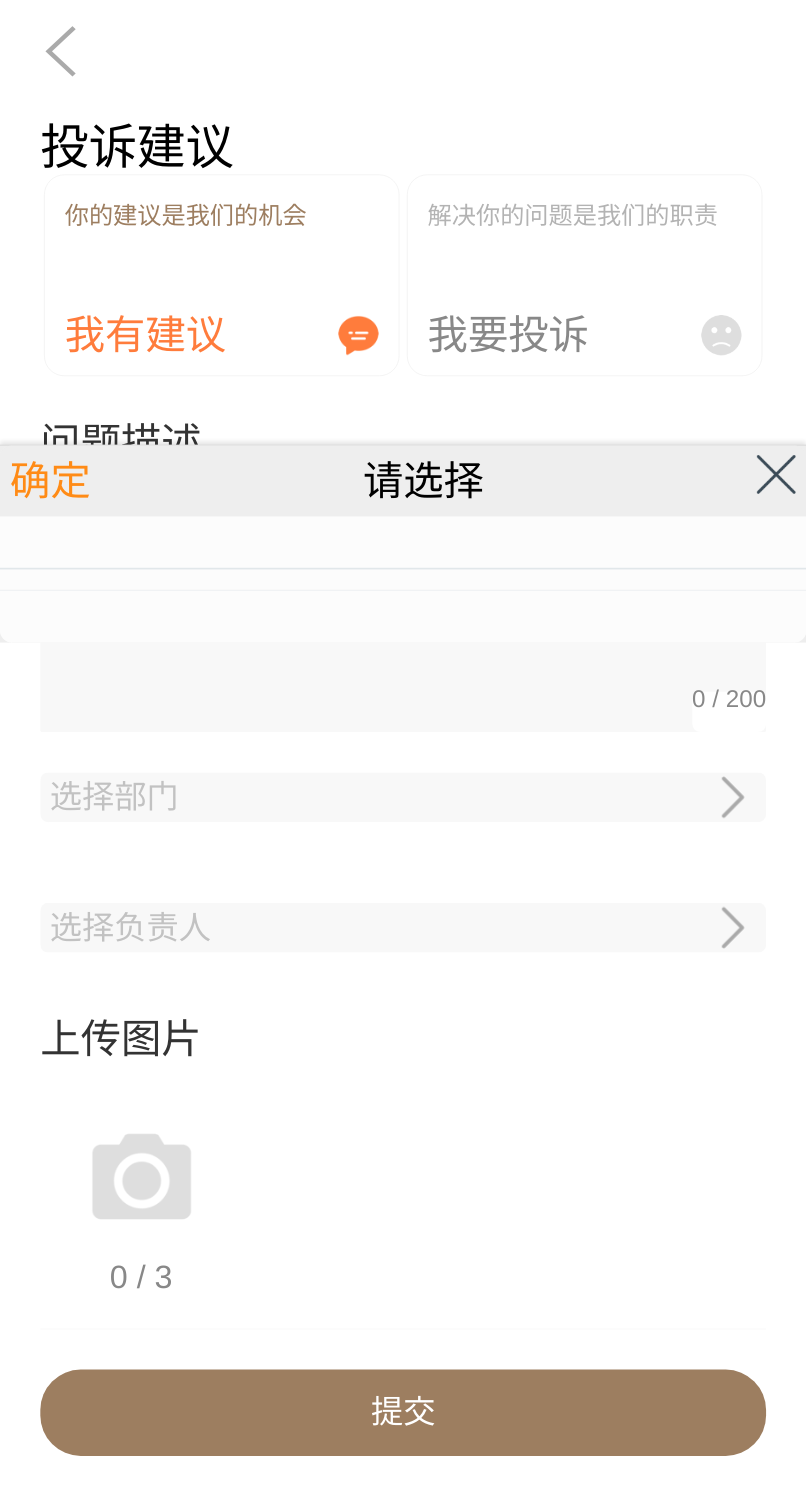
Repository: missing-star/rockBridge
Page: complaint.html
An editor plug-in stored every save of this project. The page is shown before and after a run of saves, followed by the edit.
The browser window is 1280 px wide. The pictures show the whole page, at 63% of full size.
The page's requests for data from a server got no answer.

Above is the page before, as saved 2019-04-19 12:03:41.
Console error: TypeError: Cannot read properties of undefined (reading 'map')

### complaint.html
<!DOCTYPE html>
<html lang="en">

<head>
    <meta charset="UTF-8">
    <meta name="viewport" content="width=device-width, initial-scale=1.0, user-scalable=no,maximum-scale=1.0">
    <meta http-equiv="X-UA-Compatible" content="ie=edge">
    <meta http-equiv="Expires" content="0">
    <meta http-equiv="Pragma" content="no-cache">
    <meta http-equiv="Cache-control" content="no-cache">
    <meta http-equiv="Cache" content="no-cache">
    <link rel="stylesheet" href="assets/mui/css/mui.min.css?v=1.1.0">
    <link rel="stylesheet" href="assets/mui/picker/css/mui.picker.min.css?v=1.1.0">
    <link rel="stylesheet" href="css/common.css?v=1.1.0">
    <link rel="stylesheet" href="css/complaint.css?v=1.1.0">
    <title>叠石桥</title>
    <!--
        意见投诉
    -->
</head>

<body>
    <div id="app">
        <header class="mui-bar mui-bar-nav">
            <i onclick="goBack()" class="mui-icon mui-icon-arrowleft"></i>
        </header>
        <div class="mui-content">
            <header class="packet-title">
                <p>投诉建议</p>
            </header>
            <!--大分类-->
            <div class="classify">
                <div data-type="proposal" class="classify-item active">
                    <p class="title">你的建议是我们的机会</p>
                    <div class="bottom-icon">
                        <span class="title">我有建议</span>
                        <img v-show="currentTab == 'proposal'" class="classify-icon" src="imgs/proposal-active.png" alt="">
                        <img v-show="currentTab == 'complaint'" class="classify-icon" src="imgs/proposal.png" alt="">
                    </div>
                </div>
                <div data-type="complaint" class="classify-item">
                    <p class="title">解决你的问题是我们的职责</p>
                    <div class="bottom-icon">
                        <span class="title">我要投诉</span>
                        <img v-show="currentTab == 'proposal'" class="classify-icon" src="imgs/complaint.png" alt="">
                        <img v-show="currentTab == 'complaint'" class="classify-icon" src="imgs/complaint-active.png"
                            alt="">
                    </div>
                </div>
            </div>
            <p class="title-ques">问题描述</p>
            <div class="question-desc">
                <textarea placeholder="输入您的描述" @input="limitLength" v-model="inputContent" name="" id="" cols="30" rows="10"></textarea>
                <span v-cloak class="amount">{{inputContent.length}} / 200</span>
            </div>
            <!-- <input v-model="selectedNumber" id="number-btn" readonly type="text" class="number-value arrow-right"> -->
            <div class="question-desc">
                <input placeholder="选择部门" id="choose-section" readonly type="text" class="number-value arrow-right">
            </div>
            <div class="question-desc">
                <input placeholder="选择负责人" id="choose-section-leader" readonly type="text" class="number-value arrow-right">
            </div>
            <p class="title-upload">上传图片</p>
            <div class="repair-item upload">
                <div v-for="(item,index) in uploadedImgs" class="upload-item">
                    <img :src="item.src" alt="" class="upload-img-item">
                    <span @click="deleteImg(index)" class="delete-icon">
                    </span>
                </div>
                <div :class="{active:uploadedImgs.length < 3}" class="upload-item upload">
                    <div @click="uploadImg($event)" class="mask-click">
                        <input class="upload-input" hidden type="file" accept="image/*">
                    </div>
                    <img src="imgs/camera.png" alt="" class="camera">
                    <span v-cloak class="imgs-num">{{uploadedImgs.length}} / 3</span>
                </div>
            </div>
            <button @click="submitComplain" class="button-apply">
                提交
            </button>
        </div>
    </div>
    <script src="assets/vue/vue.min.js?v=1.0.2"></script>
    <script src="assets/jquery/jquery.min.js?v=1.0.2"></script>
    <script src="assets/mui/js/mui.min.js?v=1.0.2"></script>
    <script src="assets/mui/picker/js/mui.picker.js?v=1.0.2"></script>
    <script src="assets/mui/picker/js/mui.poppicker.js?v=1.0.2"></script>
    <script src="js/common.js?v=1.0.7.1"></script>
    <script src="js/complaint.js?v=1.0.3"></script>
</body>

</html>

### css/common.css
html,
body,
.mui-content {
    font-size: calc(100vw / 20);
    background: #ffffff;
}
*{
    word-break: break-all;
}
div.mui-content {
    padding: 1rem;
}

header.mui-bar.mui-bar-nav {
    background: #ffffff;
    -webkit-box-shadow: none;
            box-shadow: none;
}

nav.mui-bar.mui-bar-tab {
    background: #ffffff;
    -webkit-box-shadow: 0 0 6px 0 rgba(0, 0, 0, 0.15);
            box-shadow: 0 0 6px 0 rgba(0, 0, 0, 0.15);
}

nva.mui-bar-tab span.mui-tab-label {
    color: #9d7e60;
}

.mui-bar-tab .mui-tab-item.mui-active {
    color: #5f4831;
}

img.mui-icon.nav-bar-icon.active {
    display: inline;
}

img.mui-icon.nav-bar-icon {
    display: none;
}

p {
    margin: 0;
}

input[type=color],
input[type=date],
input[type=datetime-local],
input[type=datetime],
input[type=email],
input[type=month],
input[type=number],
input[type=password],
input[type=search],
input[type=tel],
input[type=text],
input[type=time],
input[type=url],
input[type=week],
select,
textarea {
    margin-bottom: 0;
    width: auto;
    height: auto;
    border: none;
    -webkit-box-flex: 1;
        -ms-flex: 1;
            flex: 1;
    font-size: 0.8rem;
}

input::-webkit-input-placeholder {
    color: #c2c2c2;
}

nav.mui-bar.mui-bar-tab a.mui-tab-item {
    -ms-touch-action: none;
        touch-action: none;
    height: 100%;
}

nav.mui-bar.mui-bar-tab {
    height: 3rem;
}

.mui-bar-tab .mui-tab-item .mui-icon {
    top: 3px;
    width: 1.2rem;
    height: 1.2rem;
    padding-top: 0;
    padding-bottom: 0;
    margin-bottom: 0.1rem;
}

.mui-bar-tab .mui-tab-item .mui-icon~.mui-tab-label {
    font-size: 0.5rem;
    line-height: 1rem;
}

.mui-bar-tab~.mui-content {
    padding-top: 2.5rem;
    padding-bottom: 3rem;
}

button.submit {
    background: #9d7e60;
    width: 100%;
    border: none;
    border-radius: 1rem;
    font-size: 1rem;
    line-height: 1rem;
    color: #fff;
    margin-top: 1rem;
    height: 2rem;
}

button.mui-btn.mui-btn-blue.mui-poppicker-btn-ok,
button.mui-btn.mui-btn-blue {
    color: #ff8b16;
    background: transparent;
    border: none;
    font-size: 1rem;
}

.mui-poppicker-header,
.mui-dtpicker-header {
    border-radius: 0.3rem 0.3rem 0 0;
}

button.mui-btn.mui-poppicker-btn-cancel,
.mui-dtpicker-header button {
    color: #aaaaaa;
    border: none;
    background: transparent;
    font-size: 1rem;
}

button.mui-btn.mui-poppicker-btn-cancel>img,
.mui-dtpicker-header button>img {
    width: 1rem;
}

.mui-picker-inner,
.mui-picker {
    background: #fcfcfc;
    -webkit-mask-box-image: none;
    border-radius: 0 0 0.3rem 0.3rem;
}

.mui-poppicker-body {
    border: none;
    border-radius: 0 0 0.3rem 0.3rem;
}

button.mui-btn {
    color: #aaaaaa;
    border-color: #aaaaaa;
}

.mui-dtpicker-header {
    background: #ffffff;
}

.mui-dtpicker-title h5 {
    display: none;
}

span.mui-popup-button.mui-popup-button-bold {
    color: #FF8B16;
}

span.mui-popup-button {
    color: #aaaaaa;
}

[v-cloak] {
    display: none !important;
}

.mui-poppicker.mui-active,
.mui-dtpicker.mui-active {
    margin: 0.5rem;
    width: calc(100% - 1rem);
    border-radius: 0.3rem;
}

.popicker-title,
.dt-popicker-title {
    -webkit-box-flex: 1;
        -ms-flex: 1;
            flex: 1;
    text-align: center;
    font-size: 1rem;
    color: #000000;
}

.mui-poppicker-header,
.mui-dtpicker-header {
    display: -webkit-box;
    display: -ms-flexbox;
    display: flex;
    -webkit-box-align: center;
        -ms-flex-align: center;
            align-items: center;
    -webkit-box-pack: justify;
        -ms-flex-pack: justify;
            justify-content: space-between;
    background: #eeeeee;
}

.mui-pciker-list li {
    color: #b19c88;
}

.mui-pciker-list li.highlight {
    color: #5f4831;
}

.mui-pciker-rule-ft {
    z-index: 2;
    border-top: solid 1px #ced7de;
    border-bottom: solid 1px #ced7de;
}


input::-webkit-outer-spin-button,
input::-webkit-inner-spin-button {

    -webkit-appearance: none !important;
}

input[type="number"] {
    -moz-appearance: textfield;
}

### css/complaint.css
header.mui-bar.mui-bar-nav {
    height: 2.5rem;
    padding: 0 1rem;
    display: -webkit-box;
    display: -ms-flexbox;
    display: flex;
    -webkit-box-align: center;
        -ms-flex-align: center;
            align-items: center;
}

.mui-bar-nav~.mui-content {
    padding-top: 2.5rem;
}

header.packet-title {
    display: -webkit-box;
    display: -ms-flexbox;
    display: flex;
    -webkit-box-align: center;
        -ms-flex-align: center;
            align-items: center;
    -webkit-box-pack: justify;
        -ms-flex-pack: justify;
            justify-content: space-between;
    margin-top: 1rem;
}

header.packet-title>p:first-child {
    color: #000000;
    font-size: 1.2rem;
}

.mui-bar-nav.mui-bar .mui-icon {
    margin-left: -0.5rem;
    padding: 0;
    font-size: 2rem;
    color: #AAAAAA;
}
button.button-apply {
    width: 100%;
    background:#9D7E60;
    border: none;
    border-radius: 1rem;
    padding: 0.5rem;
    font-size: 0.8rem;
    color: #fff;
    margin-top: 1rem;
}
button.submit-repair.submit-repair{
    background: #9d7e60;
}
.classify {
    margin-top: 1rem;
    display: -webkit-box;
    display: -ms-flexbox;
    display: flex;
    -webkit-box-align: center;
        -ms-flex-align: center;
            align-items: center;
    -ms-flex-pack: distribute;
        justify-content: space-around;
    height: 4rem;
    margin-bottom: 1rem;
}
.classify-item span.title {
    color: #888888;
    font-size: 1rem;
    line-height: 1rem;
}
.classify-item.active span.title{
    color: #ff7c3c;
}
.ques-item span.checkbox {
    border-radius: 0.1rem;
    background-color:#dedede;
    background-image: url(../imgs/checked.png);
    background-repeat: no-repeat;
    background-size: 0.8rem;
    background-position: center center;
    width: 1rem;
    height: 1rem;
    display: block;
    margin-right: 0.8rem;
}
.classify-item {
    position: relative;
    display: -webkit-box;
    display: -ms-flexbox;
    display: flex;
    -webkit-box-orient: vertical;
    -webkit-box-direction: normal;
        -ms-flex-direction: column;
            flex-direction: column;
    -webkit-box-pack: justify;
        -ms-flex-pack: justify;
            justify-content: space-between;
    position: relative;
    border: 1px solid rgba(237,237,237,1);
    border-radius: 0.5rem;
    width: 49%;
    height: 5rem;

}
.ques-item.active span.checkbox {
    background-color: #ff7c3c;
}
.ques-item.active p{
    color: #ff7c3c;
}
.mask-click,.mask-click-sub {
    position: absolute;
    left: 0;
    top: 0;
    width: 100%;
    height: 100%;
    background: transparent;
}
.ques-classify {
    display: none;
}
.ques-classify.active{
    display: -webkit-box;
    display: -ms-flexbox;
    display: flex;
}
.classify.sub>.classify-item {
    margin-bottom: 1.5rem;
}
p.classify-title,p.title-upload,p.title-ques {
    color: #333;
    font-size: 1rem;
    padding: 1rem 0;
}
.question-desc {
    position: relative;
}
p.title {
    border-bottom: 1px solid #f6f6f6;
    padding: 0.5rem;
    font-size: 0.8rem;
    line-height: 1rem;
    color: #333333;
}
textarea {
    width: 100%;
    height: 6rem;
}
textarea {
    width: 100%;
    height: 6rem;
    font-size: 0.8rem;
    line-height: 1.2rem;
    padding: 0.5rem;
    color: #888888;
    background: #F8F8F8;
    padding-bottom: 1rem;
}
textarea::-webkit-scrollbar{
    width: 0;
    height: 0;
}
span.amount {
    display: block;
    text-align: right;
    color: #888888;
    font-size: 0.6rem;
    position: absolute;
    bottom: 0;
    right: 0;
    background: #ffffff;
    height: 1rem;
    border-radius: 0.2rem;
}
.upload-container {
    position: relative;
    background: url(../imgs/camera.png) no-repeat;
    width: 20vw;
    height: 20vw;
    background-size: 80%;
    background-position: center;
}
.mask-upload {
    position: absolute;
    background: transparent;
    width: 100%;
    height: 100%;
}
img.upload-img {
    width: 100%;
    height: 100%;
}
.upload-container.no-bg {
    background: none;
}
img.classify-icon {
    width: 1rem;
}

.classify-item>p.title{
    font-size: 0.6rem;
    line-height: 1rem;
    color: #b3b3b3;
    border: none;
    white-space: nowrap;
    overflow: hidden;
    text-overflow: ellipsis;
}
.classify-item.active>p.title {
    color: #9D7E60;
}
.bottom-icon {
    display: -webkit-box;
    display: -ms-flexbox;
    display: flex;
    -webkit-box-align: center;
        -ms-flex-align: center;
            align-items: center;
    -webkit-box-pack: justify;
        -ms-flex-pack: justify;
            justify-content: space-between;
    padding: 0.5rem;
    font-size: 1rem;
}
ul.ques-classify.active {
    margin: 0;
    list-style: none;
    padding: 0 1rem;
    display: -webkit-box;
    display: -ms-flexbox;
    display: flex;
    -webkit-box-align: center;
        -ms-flex-align: center;
            align-items: center;
    -webkit-box-pack: justify;
        -ms-flex-pack: justify;
            justify-content: space-between;
    -ms-flex-wrap: wrap;
        flex-wrap: wrap;
}
li.ques-item {
    display: -webkit-box;
    display: -ms-flexbox;
    display: flex;
    -webkit-box-align: center;
        -ms-flex-align: center;
            align-items: center;
    width: 50%;
    margin-bottom: 1.5rem;
}
div.repair-item {
    border-bottom: 1px solid #f6f6f6;
    padding: 0.5rem 0;
    display: -webkit-box;
    display: -ms-flexbox;
    display: flex;
    -webkit-box-align: center;
        -ms-flex-align: center;
            align-items: center;
}
.upload-item.upload.active {
    display: -webkit-box;
    display: -ms-flexbox;
    display: flex;
}
.upload-item.upload {
    display: none;
}
.upload-item {
    position: relative;
    width: 25vw;
    height: 25vw;
    display: -webkit-box;
    display: -ms-flexbox;
    display: flex;
    -webkit-box-align: center;
        -ms-flex-align: center;
            align-items: center;
    -webkit-box-orient: vertical;
    -webkit-box-direction: normal;
        -ms-flex-direction: column;
            flex-direction: column;
    -ms-flex-pack: distribute;
        justify-content: space-around;
    margin-right: 5vw;
}
.mask-click {
    position: absolute;
    width: 100%;
    height: 100%;
    background: transparent;
    z-index: 1;
}
img.camera {
    width: 50%;
}
span.imgs-num {
    font-size: 0.8rem;
    color: #888888;
}
.upload-img-item {
    width: 100%;
    height: 100%;
}
span.delete-icon {
    background-color: #f52d1e;
    display: block;
    width: 1rem;
    height: 1rem;
    position: absolute;
    right: -0.5rem;
    top: -0.5rem;
    border-radius: 50%;
    background-image: url(../imgs/delete-icon.png);
    background-repeat: no-repeat;
    background-size: 0.5rem;
    background-position: center;
}
input#choose-section,input#choose-section-leader {
    background: #F8F8F8;
    border-radius: 0.2rem;
    width: 100%;
    background-image: url(../imgs/arrow-right.png);
    background-repeat: no-repeat;
    background-size: 0.6rem;
    background-position: 97%;
    margin: 1rem 0;
}

### js/complaint.js
var vm = new Vue({
    el: '#app',
    data: {
        inputContent: '',
        uploadedImgs: [],
        currentTab: 'proposal',
        type: 1
    },
    methods: {
        limitLength() {
            this.inputContent = this.inputContent.substring(0, 200);
        },
        uploadImg(event) {
            $(event.target).find('input').click();
        },
        deleteImg(index) {
            this.uploadedImgs.splice(index, 1);
        },
        submitComplain() {
            var imgs = this.uploadedImgs.map(function (item) {
                return item.realPath;
            });
            $.ajax({
                url: `${rootUrl}/index/api/getComplain`,
                type: 'post',
                data: {
                    type: vm.type,
                    content: vm.inputContent,
                    images: imgs.join(',')
                },
                dataType: 'json',
                success: function (data) {
                    mui.toast(data.msg);
                    if (data.status == 1) {
                        setTimeout(function () {
                            history.go(-1);
                        }, 200);
                    } else if (data.status == 202) {
                        goLogin();
                    }
                    vm.commentsInfo = data.result;
                },
                error: function () {
                    mui.toast('服务器异常');
                }
            })
        }
    }
});

$(function () {
    //大分类点击
    $("div.classify-item").click(function () {
        if (!$(this).hasClass('active')) {
            vm.currentTab = $(this).attr('data-type');
            $(this).addClass('active');
            $(this).siblings().removeClass('active');
            vm.type = vm.currentTab == 'proposal' ? 1 : 2;
        }
    });

    //监听图片上传
    $('input.upload-input').change(function () {

        var filePath = $(this).val(); //读取图片路径

        var fr = new FileReader(); //创建new FileReader()对象
        var imgObj = this.files[0]; //获取图片

        fr.readAsDataURL(imgObj); //将图片读取为DataURL


        var arr = filePath.split('\\');
        var fileName = arr[arr.length - 1];
        fr.onload = function () {
            uploadImgRealPath(imgObj, this.result);
            //置空文件上传框的值
            $('input.upload-input').val("");
        };
    });
});

//上传图片到后台
function uploadImgRealPath(fileObj, src) {
    var formData = new FormData();
    formData.append('image', fileObj);
    $.ajax({
        url: 'http://dieshiqiao.pzhkj.cn/index/Uploadify/api_imgUp',
        type: 'post',
        dataType: 'json',
        contentType: false,
        processData: false,
        data: formData,
        success: function (data) {
            mui.toast(data.msg);
            if (data.status == 1) {
                //设置文件路径为服务器路径
                vm.uploadedImgs.push({
                    src: src,
                    realPath: data.result
                });
            } else if (data.status == 202) {
                goLogin();
            }
        },
        error: function () {
            mui.toast('服务器异常!');
        }
    })
}


function initPicker(elemId,title) {
    var numberPicker = new mui.PopPicker({
        title: title
    });
    var data = getSectionList().map(function (item) {
        return {
            value: province.id,
            text: province.cate_name
        }
    });
    numberPicker.setData(data);
    var eventBtn = doc.getElementById(elemId);
    eventBtn.addEventListener('tap', function (event) {
        numberPicker.show(function (items) {
            if (!items[2].value) {
                mui.toast('无效地址!');
                return false;
            }
            vm.selectedId = items[2].value;
            vm.selectedNumber = items[0].text + items[1].text + items[2].text;
            getNotActivdShops(vm.selectedId);
        });
    }, false);
}
/**
 * 获得部门列表
 */
function getSectionList() {
    $.ajax({
        url:`${rootUrl}/index/api/getComplainRole`,
        type:'post',
        dataType:'json',
        success:function(data) {

        }
    })
}

initPicker('')

Loaded but not shown: assets/mui/css/mui.min.css (library); assets/mui/picker/css/mui.picker.min.css (library); assets/vue/vue.min.js (library); assets/jquery/jquery.min.js (library); assets/mui/js/mui.min.js (library); assets/mui/picker/js/mui.picker.js (389 lines, source omitted); assets/mui/picker/js/mui.poppicker.js (163 lines, source omitted); js/common.js (200 lines, source omitted)

After the next 5 saves:
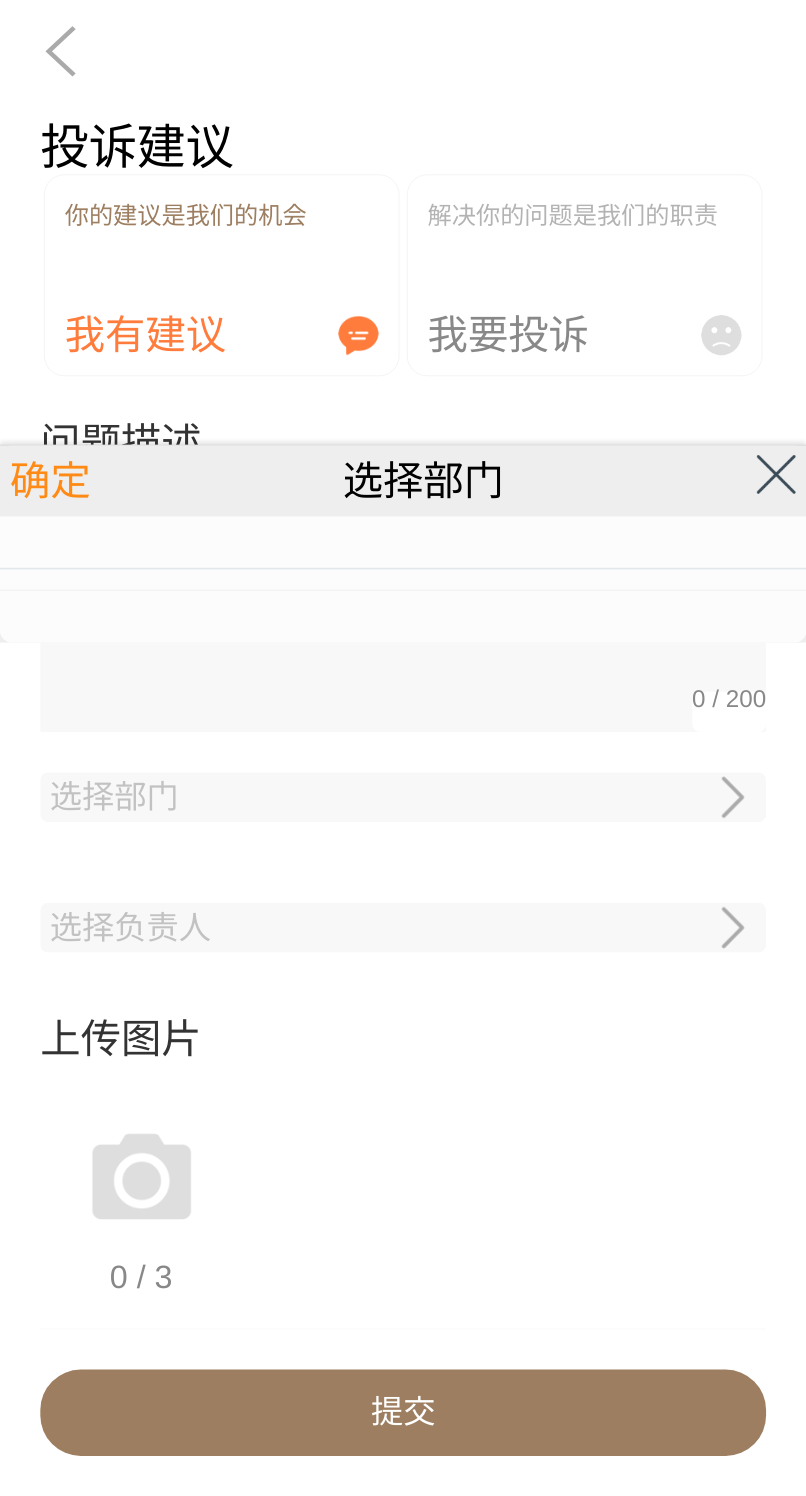
The 5 saves are shown as one change because they came seconds apart.
The last was saved 15 s later.
--- a/js/complaint.js
+++ b/js/complaint.js
@@ -148,4 +148,4 @@ function getSectionList() {
     })
 }
 
-initPicker('')
+initPicker('choose-section','选择部门');
